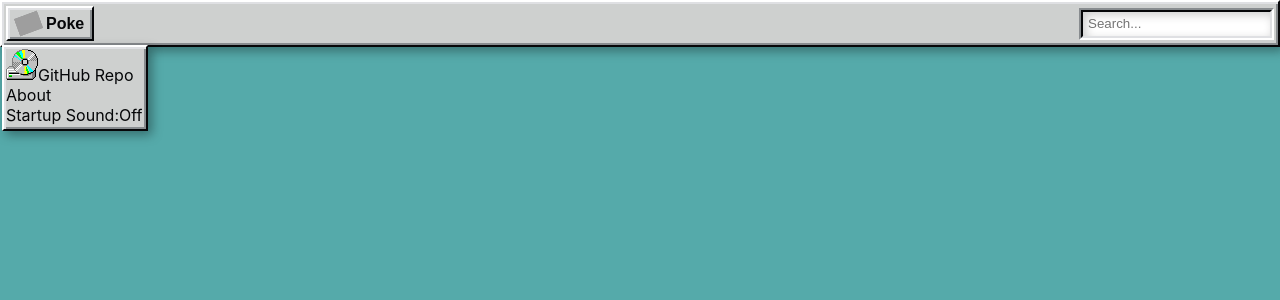
Repository: VolodymyrDubnytskyi/Pokemons
Page: /
These files come from the project's save history. The page is drawn as it stood at one moment and after the next save; the edit follows.
The browser window is 1280 px wide. The pictures show the whole page.
Pictures or frames that could not be fetched are drawn as grey boxes. The page's requests for data from a server got no answer. The project was rebuilt for these pictures with package versions that can differ from the ones it lists, and the page was loaded fresh each time. No one was signed in, and anything a server would have sent is missing. Also part of the build but not shown: src/Components/PopUpComponents/BasicInfo.js, src/Components/PopUpComponents/Stats.js, src/Components/PopUpComponents/Abilities.js, src/Components/PopUp.js.

Above is the page before, as saved 2020-06-11 14:48:26.
Not found: assests/omg.png

After the next save:
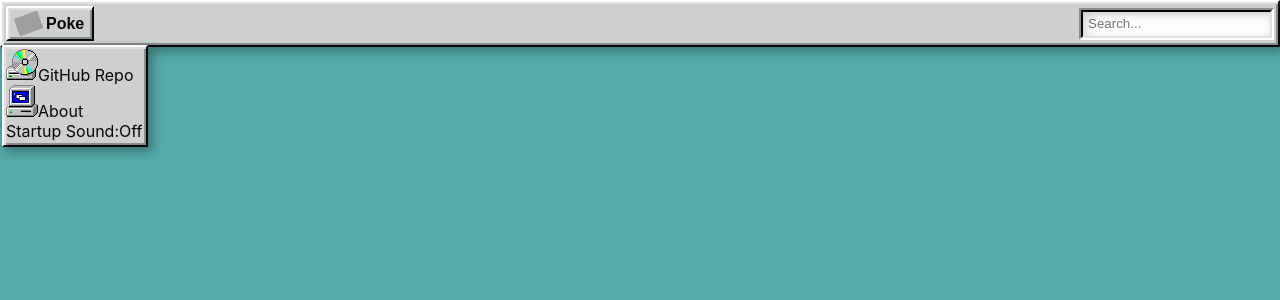
Saved 14 s later.
--- a/src/Components/HeaderComponents/Menu.js
+++ b/src/Components/HeaderComponents/Menu.js
@@ -1,5 +1,5 @@
 import React from 'react';
-import { imgDvd } from '../../assets/imgDvd';
+import { imgDvd, imgPc } from '../../assets/imgDvd';
 let dvdImg = ''
 
 const Menu = props => {
@@ -11,7 +11,7 @@ const Menu = props => {
                  GitHub Repo
                  </li>
                 <li>
-                    <img src="../../assests/omg.png" alt="" />
+                    <img src={imgPc} alt="" />
                  About
                  </li>
                 <li>Startup Sound:Off</li>
